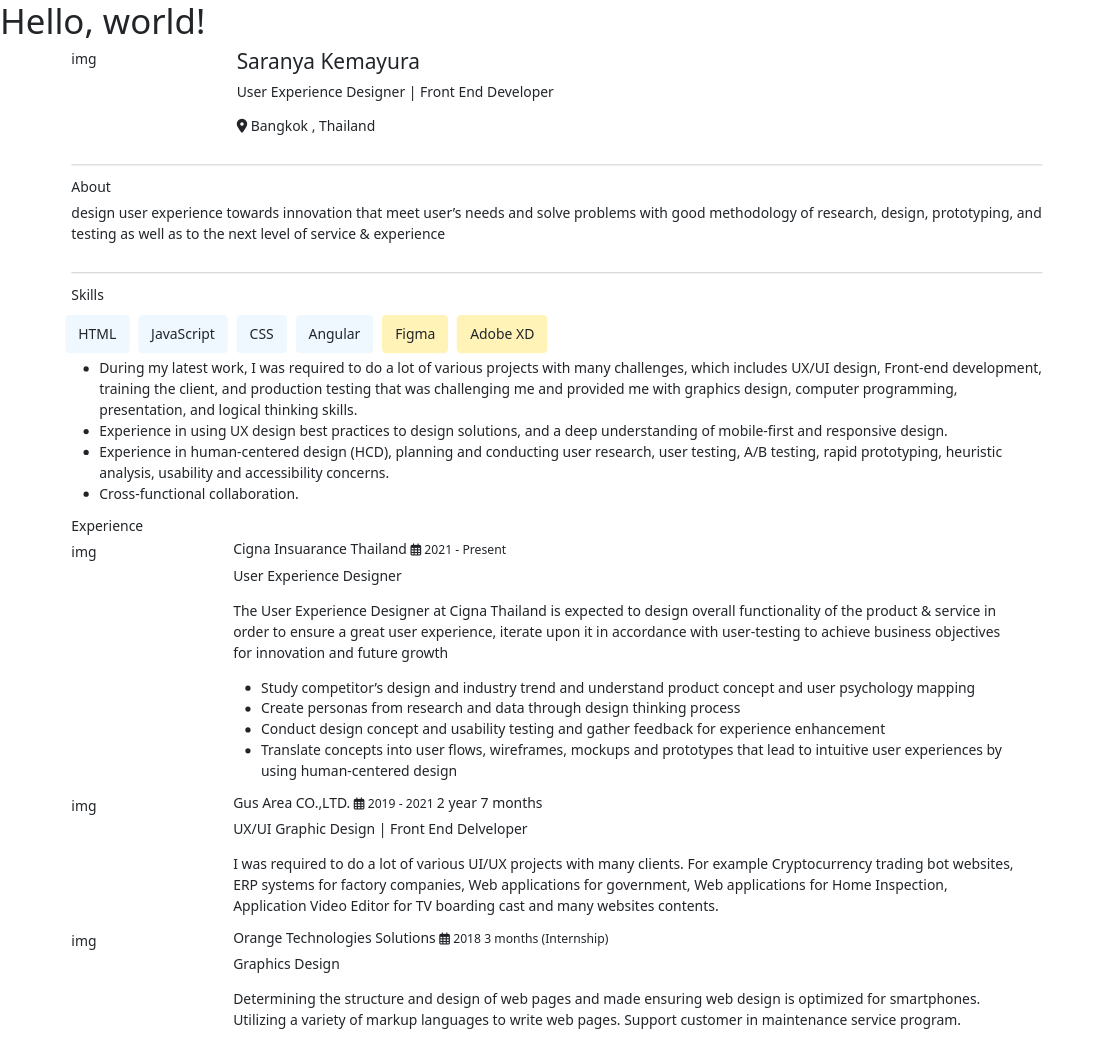
Repository: 0910th/portfolio
Page: index.html
An editor plug-in stored every save of this project. The page is shown before and after the next save, followed by the edit.
The browser window is 1280 px wide. The pictures show the whole page, at 87% of full size.

Above is the page before, as saved 2022-12-12 12:24:55.

After the next save:
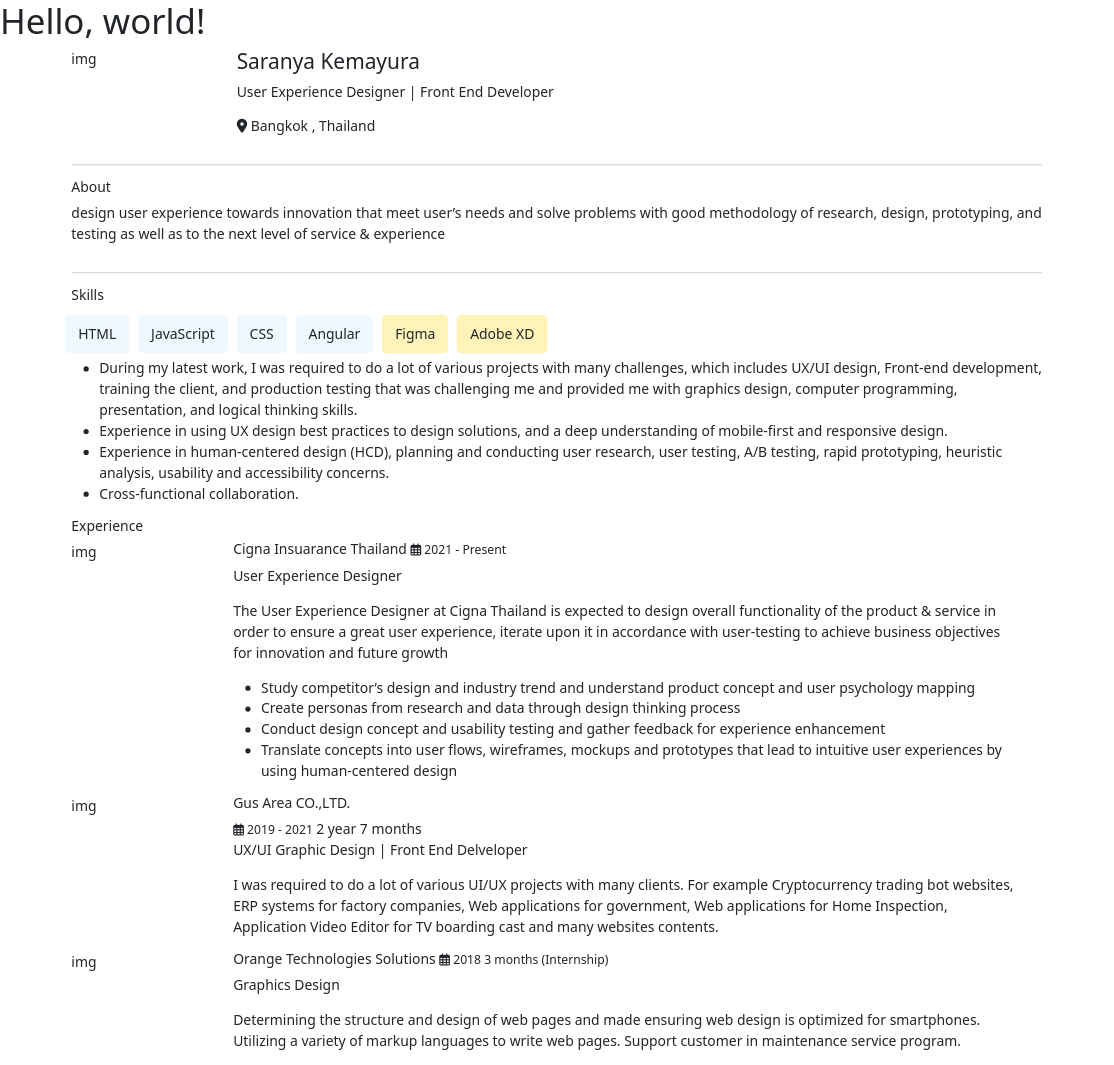
Saved 18 s later.
--- a/index.html
+++ b/index.html
@@ -89,7 +89,8 @@
                     img
                 </div>
                 <div class="col-10">
-                    <h6> Gus Area CO.,LTD. <small class="text-grey"> <i class="fa-regular fa-calendar-days"></i> 2019 - 2021 </small> 2 year 7 months  </h6>
+                    <h6> Gus Area CO.,LTD.   </h6>
+                    <small class="text-grey"> <i class="fa-regular fa-calendar-days"></i> 2019 - 2021 </small> 2 year 7 months
                     <p> UX/UI Graphic Design | Front End Delveloper </p>
                     <p> I was required to do a lot of various UI/UX projects with many clients. For example Cryptocurrency trading bot websites,
                     ERP systems for factory companies, Web applications for government, Web applications for Home Inspection, Application
